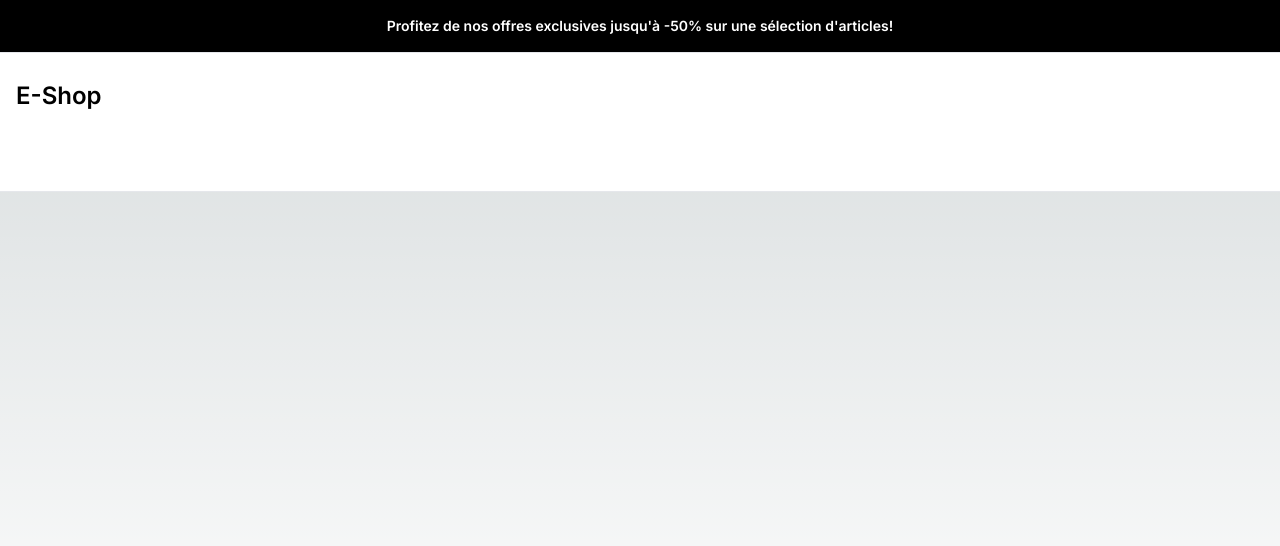
Repository: SDlevelUp/e-shop
Page: /
These files come from the project's save history. The page is drawn as it stood at one moment and after a run of saves; the edit follows.
The browser window is 1280 px wide. The pictures show the whole page.
The project was rebuilt for these pictures with package versions that can differ from the ones it lists, and the page was loaded fresh each time. The framework's server and built-in components were replaced by stand-ins that run in the browser. Also part of the build but not shown: next.config.js.

Above is the page before, as saved 2023-08-29 09:20:41.

After the next 5 saves:
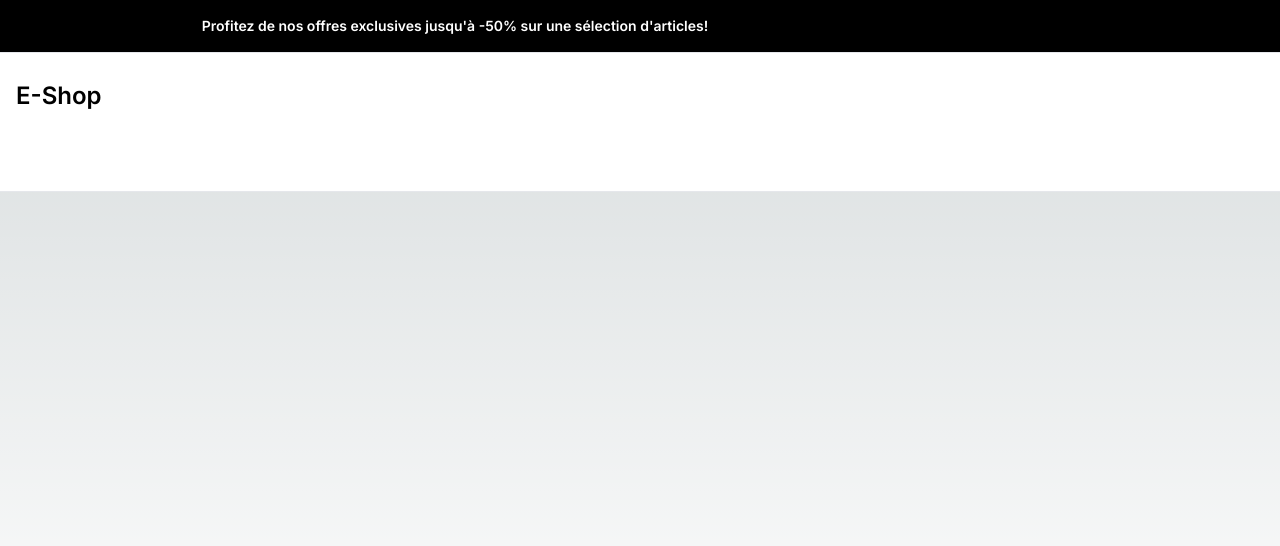
The 5 saves are shown as one change because they came seconds apart.
The last was saved 29 s later.
--- a/src/app/globals.css
+++ b/src/app/globals.css
@@ -26,3 +26,13 @@ body {
 .animation {
   animation: defilement-rtl 15s infinite linear;
 }
+
+@keyframes defilement-rtl {
+  0% {
+    transform: translate3d(0, 0, 0);
+  }
+
+  100% {
+    transform: translate3d(-100%, 0, 0);
+  }
+}
